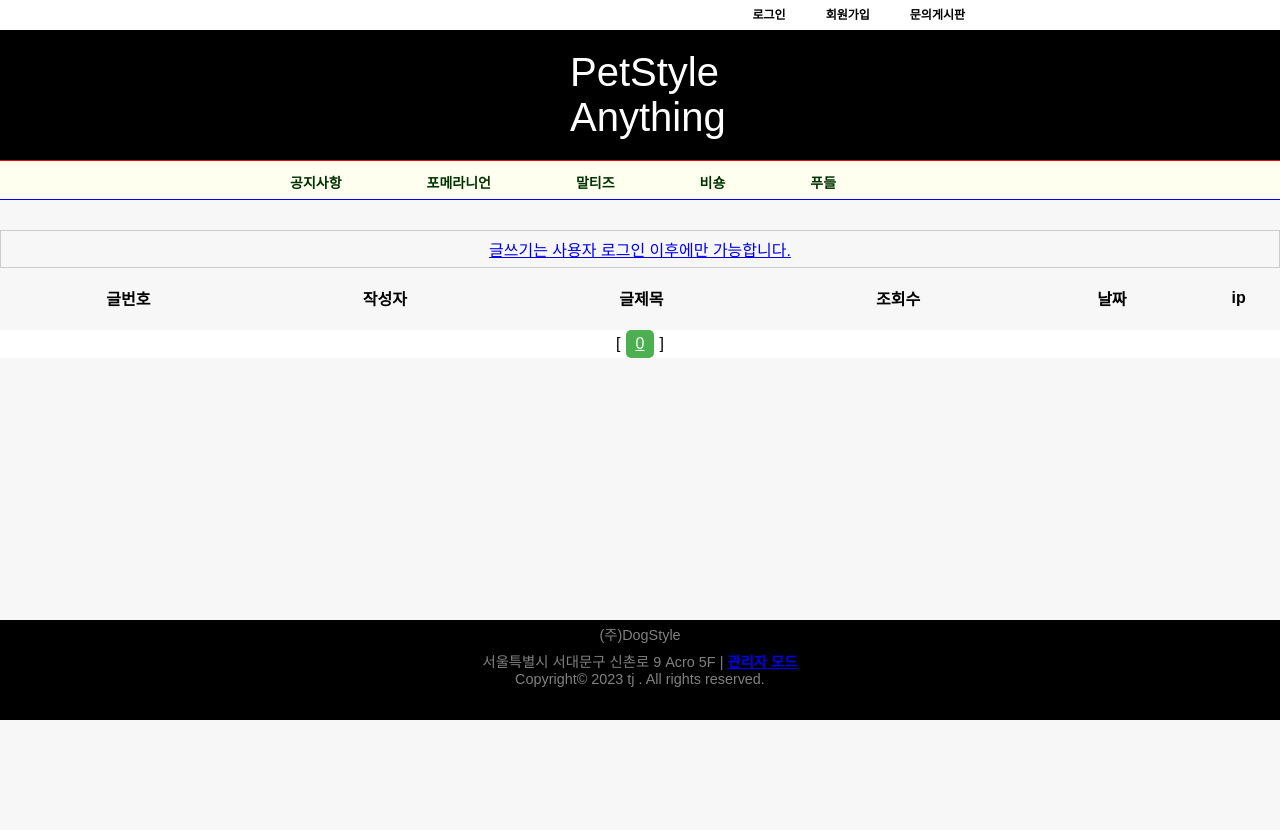
Repository: kdkk2000/Project
Page: http://localhost/petstyle/board/boardList.jsp
The author's editor kept a copy of each file at every save. The page is drawn from the files as they stood at one save, then again after the next save.
The browser window is 1280 px wide. The pictures show the whole page.
The page is served by Tomcat 9. The template is opened directly, without the code that normally fills it, so the values that code supplies are empty.

Above is the page before, as saved 2023-03-28 01:43:41.

After the next save:
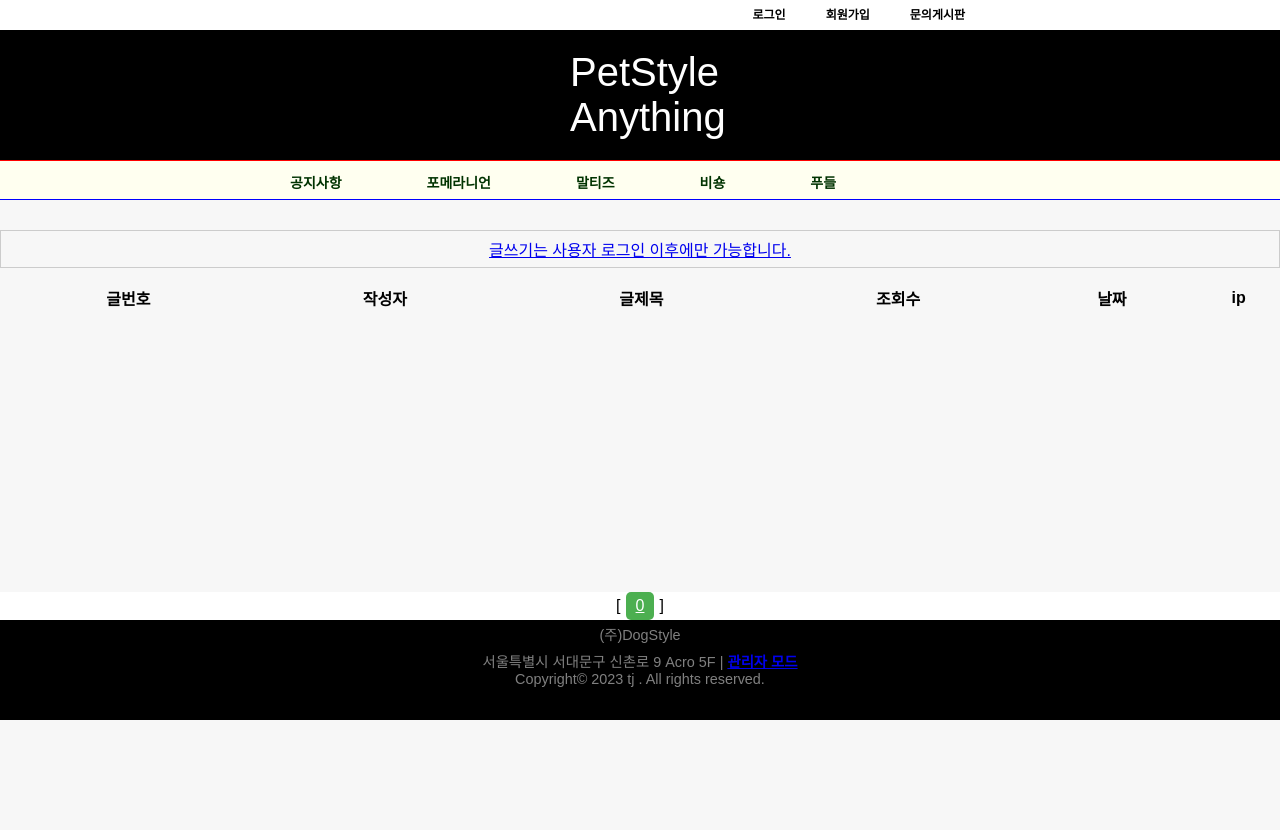
Saved 52 s later.
--- a/petstyle/WebContent/css/boardStyle.css
+++ b/petstyle/WebContent/css/boardStyle.css
@@ -71,8 +71,10 @@ table td {
   justify-content: center;
   align-items: center;
   margin-top: 20px;
-  position: sticky;
-  bottom: 0;
+  position: fixed;
+  bottom: 100px;
+  left: 0;
+  right: 0;
   background-color: #fff;
   z-index: 1;
 }
